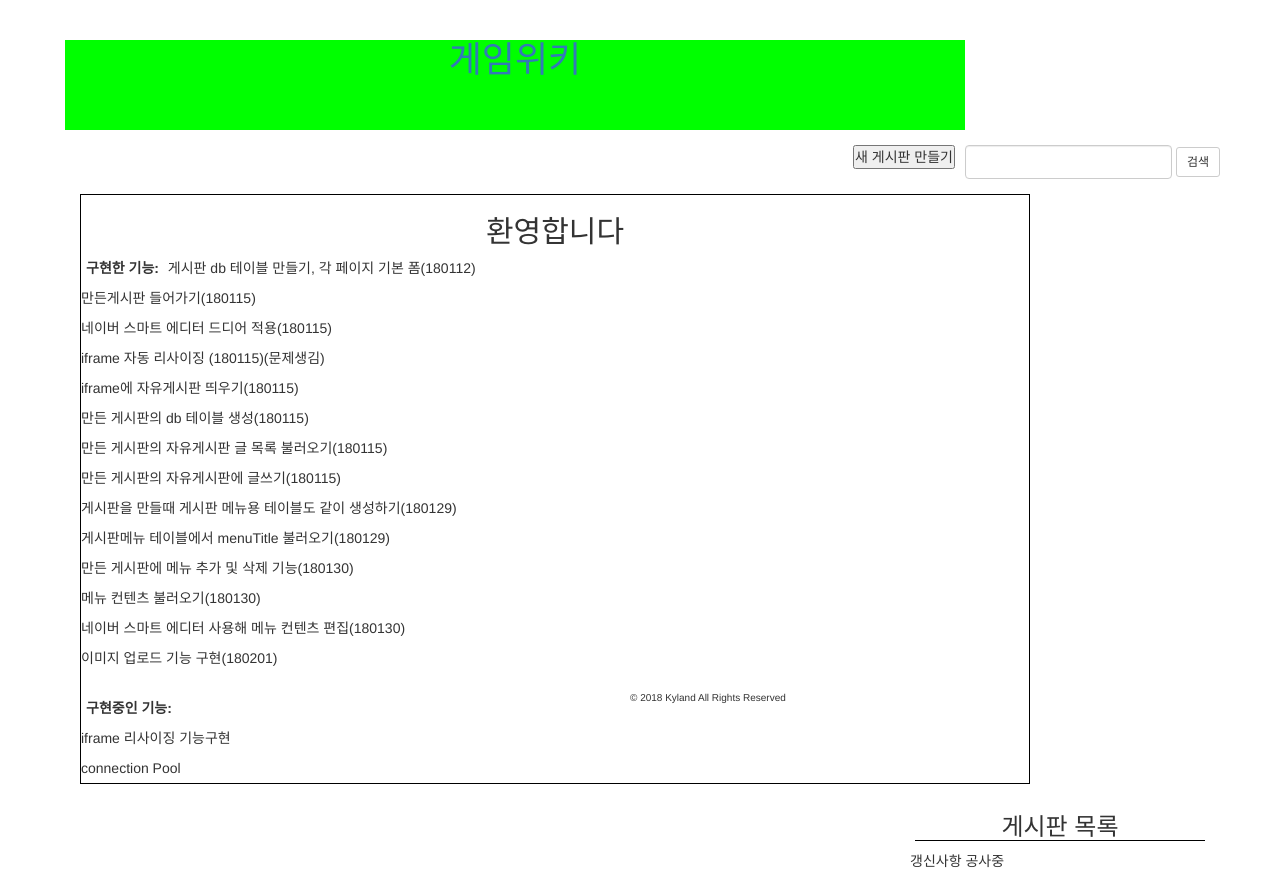
Repository: sithslord/GameWiki
Page: http://localhost/JSPBoard/MainPage/Main.jsp
An editor plug-in stored every save of this project. The page is shown before and after the next save, followed by the edit.
The browser window is 1280 px wide. The page is 1285 px wide, so the pictures cover 1285 px, including what lies to the right of the window. The pictures show the whole page.
An inner scrolling area shows only its first screen. The page is served by Tomcat 9. Other server files are loaded and not shown.

Above is the page before, as saved 2018-02-05 03:03:58.

### ReWork/JSPBoard/WebContent/MainPage/Main.jsp
<%@ page language="java" contentType="text/html; charset=EUC-KR"
    pageEncoding="EUC-KR"%>
<%@ taglib prefix="c" uri="http://java.sun.com/jsp/jstl/core" %>

<!DOCTYPE html PUBLIC "-//W3C//DTD HTML 4.01 Transitional//EN" "http://www.w3.org/TR/html4/loose.dtd">
<html>
<head>
<meta http-equiv="Content-Type" content="text/html; charset=EUC-KR">
<title>게임 위키</title>
<link rel="stylesheet" href="../css/bootstrap.css">
<style type="text/css">

*{
	margin: 5px;
	padding: 0;
}

body{
	width: 1280px;
	margin: 0 auto;
}

#banner h1{
	background: lime;
	float: left;
	width: 900px;
	height: 90px;
	text-align: center;
}

#banner form{
	float: right;
}

#info{
	float: left;
	width: 950px;
	height: 590px;
	border: 1px solid black;
	overflow: scroll;
	}



#news{
	float: right;
	width: 300px;
	height: auto;
}

#news h3{
	border-bottom: 1px solid black;
}

#footer{

	position: absolute;
	bottom: 0;
	text-align: center !important;

}

#copyright{
	font-size: 10px;
	margin-left: 550px;
}

.hyper{
	link{text-decoration:none; color:black;}
	visitied{text-decoration:none; color:black;}
	action{text-decoration:none; color:black;}
	hover{text-decoration:none; color:black;}
}



</style>
</head>
<body>
<div class="container">
<div class="row">
	<div id="banner">
		<a class="hyper" href="main.do"><h1>게임위키</h1></a>

		<form action="search" method="post" class="form-inline">
			<input type="text" name="srch" class="form-control">
			<input type="submit" class="btn btn-default btn-sm" value="검색">
		</form>

		<form action="makeboard.do" method="post">
			<input type="submit" value="새 게시판 만들기">
		</form>
	</div>
	</div>

	<div id="info">
		<h2 align="center">환영합니다</h2>

		<p><strong>구현한 기능:</strong> 게시판 db 테이블 만들기, 각 페이지 기본 폼(180112)</p>
		<p>만든게시판 들어가기(180115)</p>
		<p>네이버 스마트 에디터 드디어 적용(180115)</p>
		<p>iframe 자동 리사이징 (180115)(문제생김)</p>
		<p>iframe에 자유게시판 띄우기(180115)</p>
		<p>만든 게시판의 db 테이블 생성(180115)</p>
		<p>만든 게시판의 자유게시판 글 목록 불러오기(180115)</p>
		<p>만든 게시판의 자유게시판에 글쓰기(180115)</p>
		<p>게시판을 만들때 게시판 메뉴용 테이블도 같이 생성하기(180129)</p>
		<p>게시판메뉴 테이블에서 menuTitle 불러오기(180129)</p>
		<p>만든 게시판에 메뉴 추가 및 삭제 기능(180130)</p>
		<p>메뉴 컨텐츠 불러오기(180130)</p>
		<p>네이버 스마트 에디터 사용해 메뉴 컨텐츠 편집(180130)</p>
		<p>이미지 업로드 기능 구현(180201)</p>

		</br>
		<p><strong>구현중인 기능:</strong></p>
		<p>iframe 리사이징 기능구현</p>
		<p>connection Pool</p>
		<p>검색기능</p>
		</br>

		<p><strong>문제:</strong> crate테이블 작동안함(테이블 이름에 ' ' 가 입력되어 쿼리 오류)...(180117)(해결)</p>
		<p>해결방법 = String 쿼리를 나눠서 나중에 합쳐서 입력</p>
		<p>한글 입력이 ??? 로 표시(180117) ->해결(180118)</p>
		<p>모든 jsp페이지를 euc-kr로 인코딩= 실패</p>
		<p>mysql 모든 인코딩을 euc-kr로 바꿈 = 실패</p>
		<p>원인=get방식때문 /해결방법=톰캣 server.xml에서 connector에 URIEncoding="EUC-KR"추가해줌 </p>
		<p>iframe자동 리사이징 작동불가(임시방편으로 스크롤로 대체)</p>
		<p>업로드한 이미지가 화면을 벗어나는 현상(해결)</p>
		</br>

		<p><strong>보류중인 기능:</strong> 로그인</p>


	</div>

	<div id="news">
		<h3 align="center">게시판 목록</h3>
		<c:forEach items="${news }" var="dto">
			<p><a href="board_view.do?bdId=${dto.bdId }&bdTitle=${dto.bdTitle }">${dto.bdTitle }</a></p>
		</c:forEach>

		<p>갱신사항 공사중</p>
	</div>

	<div id="footer">


		<p id="copyright">&copy; 2018 Kyland All Rights Reserved </p>

	</div>
	</div>



</body>
</html>

Loaded but not shown: ReWork/JSPBoard/WebContent/css/bootstrap.css (library)

After the next save:
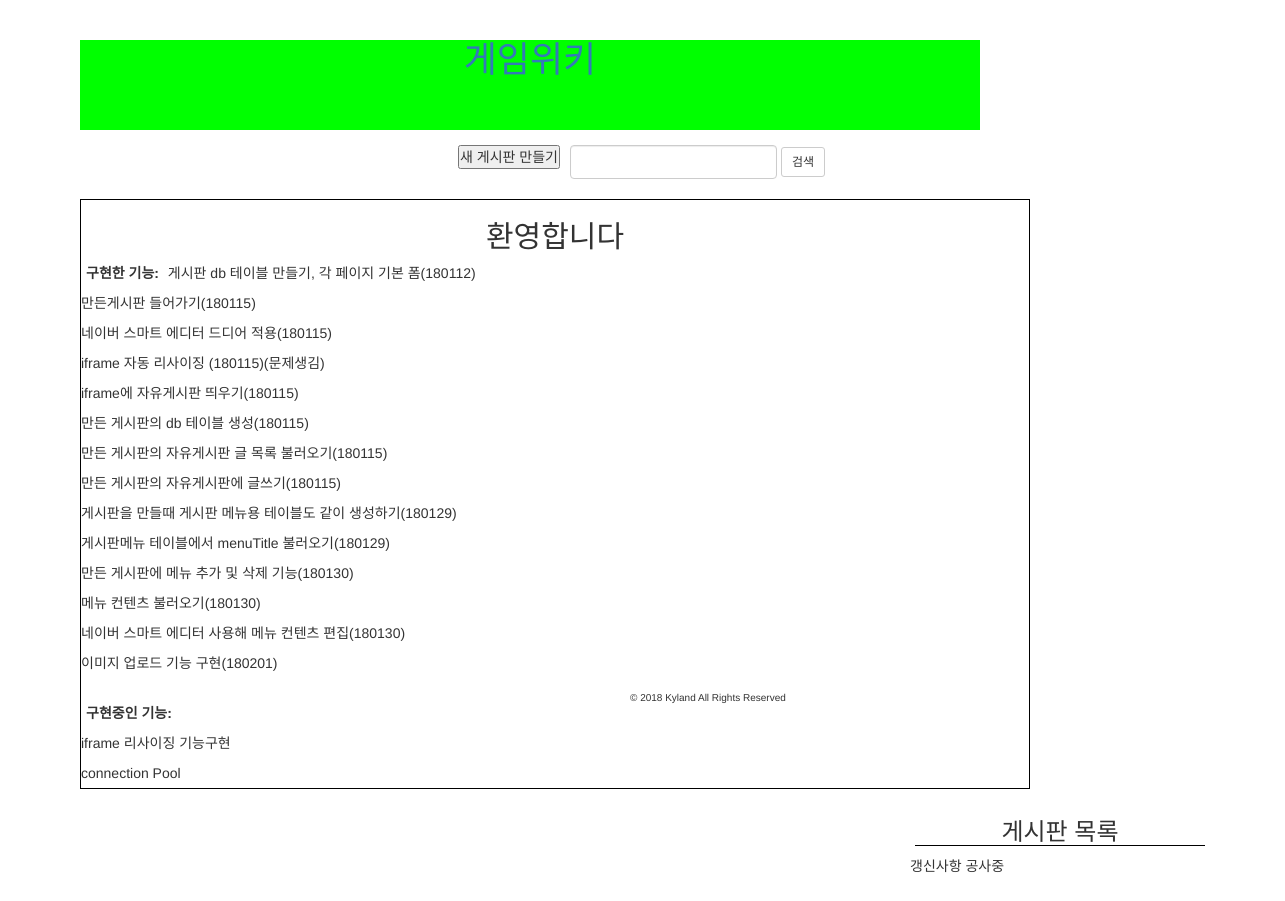
Saved 9 s later.
--- a/ReWork/JSPBoard/WebContent/MainPage/Main.jsp
+++ b/ReWork/JSPBoard/WebContent/MainPage/Main.jsp
@@ -79,7 +79,7 @@ body{
 <body>
 <div class="container">
 <div class="row">
-	<div id="banner">
+	<div id="banner" class="col-sm-8">
 		<a class="hyper" href="main.do"><h1>게임위키</h1></a>
 
 		<form action="search" method="post" class="form-inline">
